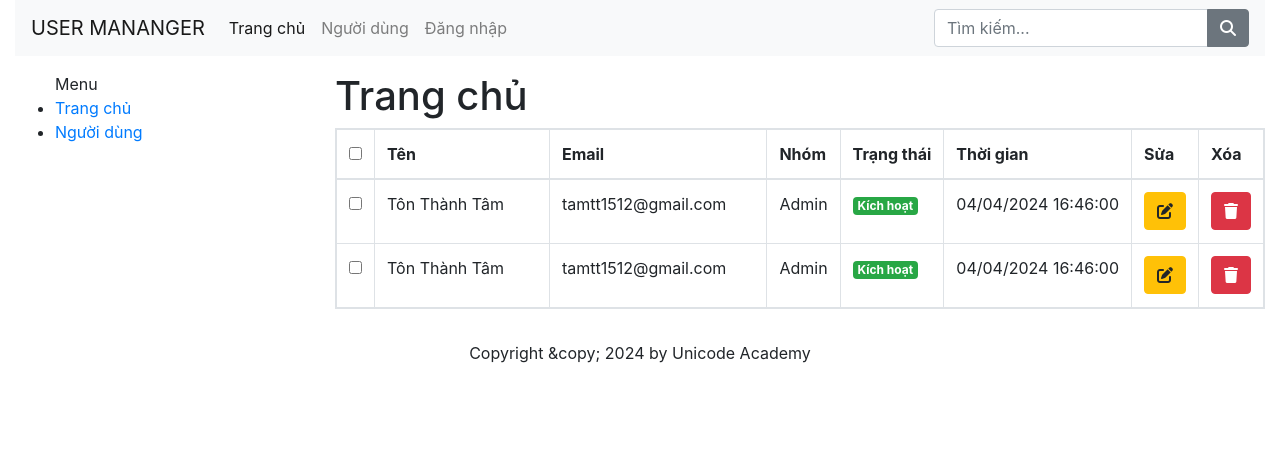
Repository: tam1512/USER_MANAGERMENT_MVC
Page: http://localhost/nguoi-dung
An editor plug-in stored every save of this project. The page is shown before and after the next save, followed by the edit.
The browser window is 1280 px wide. The pictures show the whole page.
The page is run by PHP 8.4 with error messages shown; the project is at /var/www/html/.

Above is the page before, as saved 2024-04-04 16:50:18.

After the next save:
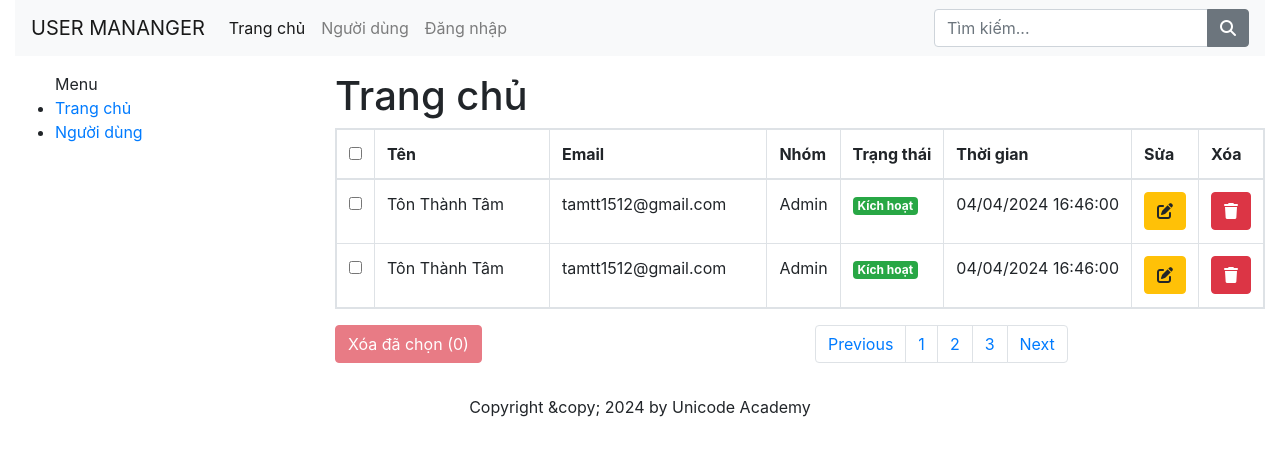
Saved 2 min 22 s later.
--- a/app/views/user/index.php
+++ b/app/views/user/index.php
@@ -36,4 +36,20 @@
          </tr>
       </tbody>
    </table>
+   <div class="row">
+      <div class="col-6">
+         <button type="button" class="btn btn-danger disabled">Xóa đã chọn (0)</button>
+      </div>
+      <div class="col-6">
+         <nav aria-label="Page navigation">
+            <ul class="pagination">
+               <li class="page-item"><a class="page-link" href="#">Previous</a></li>
+               <li class="page-item"><a class="page-link" href="#">1</a></li>
+               <li class="page-item"><a class="page-link" href="#">2</a></li>
+               <li class="page-item"><a class="page-link" href="#">3</a></li>
+               <li class="page-item"><a class="page-link" href="#">Next</a></li>
+            </ul>
+         </nav>
+      </div>
+   </div>
 </div>
